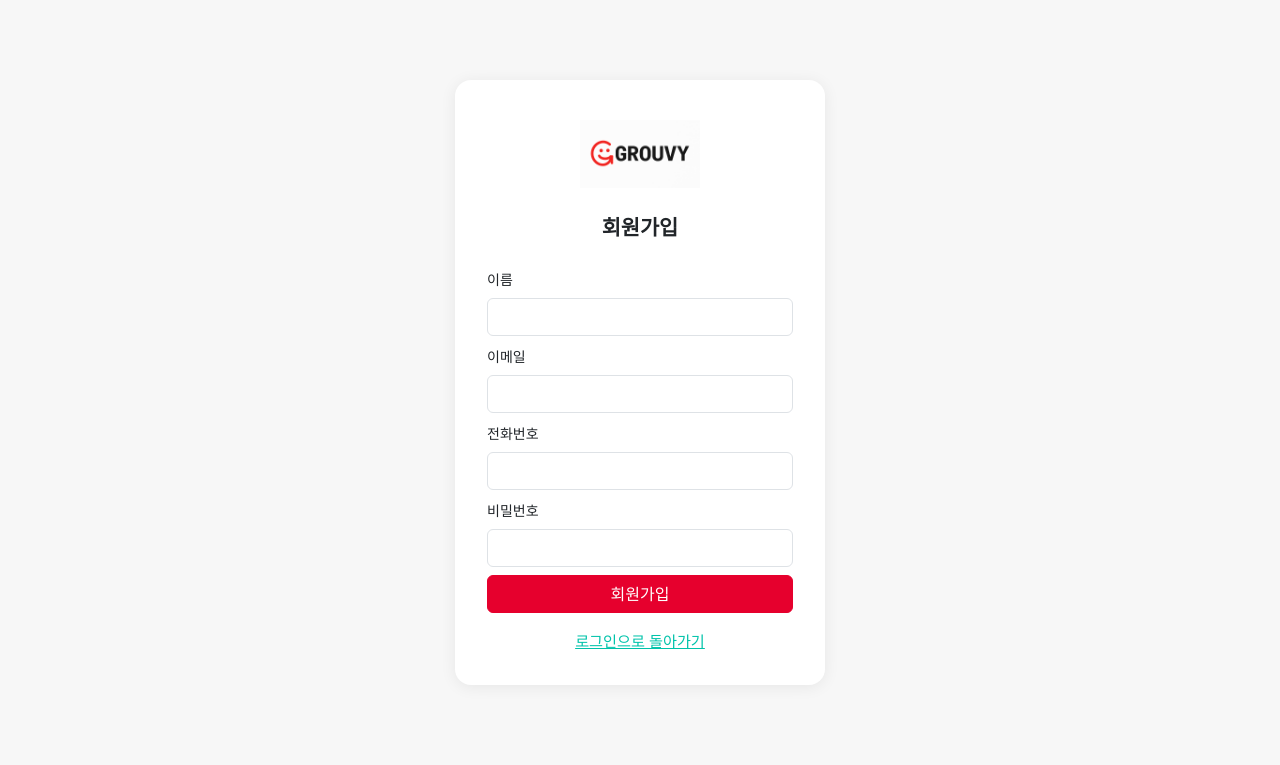
Repository: hyunbin7664/web-java-workspace
Page: groupware/src/main/webapp/sign_up.html
The author's editor kept a copy of each file at every save. The page is drawn from the files as they stood at one save, then again after the next save.
The browser window is 1280 px wide. The pictures show the whole page.

Above is the page before, as saved 2025-07-11 02:05:58.

### groupware/src/main/webapp/sign_up.html
<!DOCTYPE html>
<html lang="ko">
<head>
<meta charset="UTF-8">
<title>GROUVY 회원가입</title>
<meta name="viewport" content="width=device-width, initial-scale=1">
<link
	href="https://cdn.jsdelivr.net/npm/bootstrap@5.3.2/dist/css/bootstrap.min.css"
	rel="stylesheet">
<style>
body {
	background: #f7f7f7;
}

.auth-card {
	width: 100%;
	max-width: 370px;
	border-radius: 16px;
	box-shadow: 0 2px 16px rgba(0, 0, 0, 0.07);
	padding: 2.5rem 2rem 2rem 2rem;
	background: #fff;
	margin: 80px auto;
}

.auth-logo {
	display: block;
	margin: 0 auto 1.5rem auto;
	width: 120px;
}

.auth-title {
	font-size: 1.3rem;
	font-weight: bold;
	text-align: center;
	margin-bottom: 1.5rem;
}

.auth-link {
	color: #00c3aa;
	cursor: pointer;
	text-decoration: underline;
	font-size: 0.95rem;
}

.btn-grouvy {
	background-color: #e6002d; /* 붉은 계열 색상 */
	border-color: #e6002d;
	color: #fff;
	font-weight: 500;
}
</style>
</head>
<body>
	<div class="auth-card">
		<img src="grouvy_logo.jpg" alt="GROUVY 로고" class="auth-logo">
		<div class="auth-title">회원가입</div>
		<form action="login.html" method="get">
			<div class="mb-2">
				<label for="signupName" class="form-label small">이름</label>
				<input type="text" class="form-control" id="signupName" required>
			</div>
			<div class="mb-2">
				<label for="signupEmail" class="form-label small">이메일</label>
				<input type="email" class="form-control" id="signupEmail" required>
			</div>
			<div class="mb-2">
				<label for="signupPhone" class="form-label small">전화번호</label>
				<input type="tel" class="form-control" id="signupPhone" required>
			</div>
			<div class="mb-2">
				<label for="signupPw" class="form-label small">비밀번호</label> <input
					type="password" class="form-control" id="signupPw" required>
			</div>
			<button type="submit" class="btn btn-grouvy w-100 mb-2">회원가입</button>
		</form>
		<div class="text-center mt-2">
			<a href="login.html" class="auth-link">로그인으로 돌아가기</a>
		</div>
	</div>
</body>
</html>

After the next save:
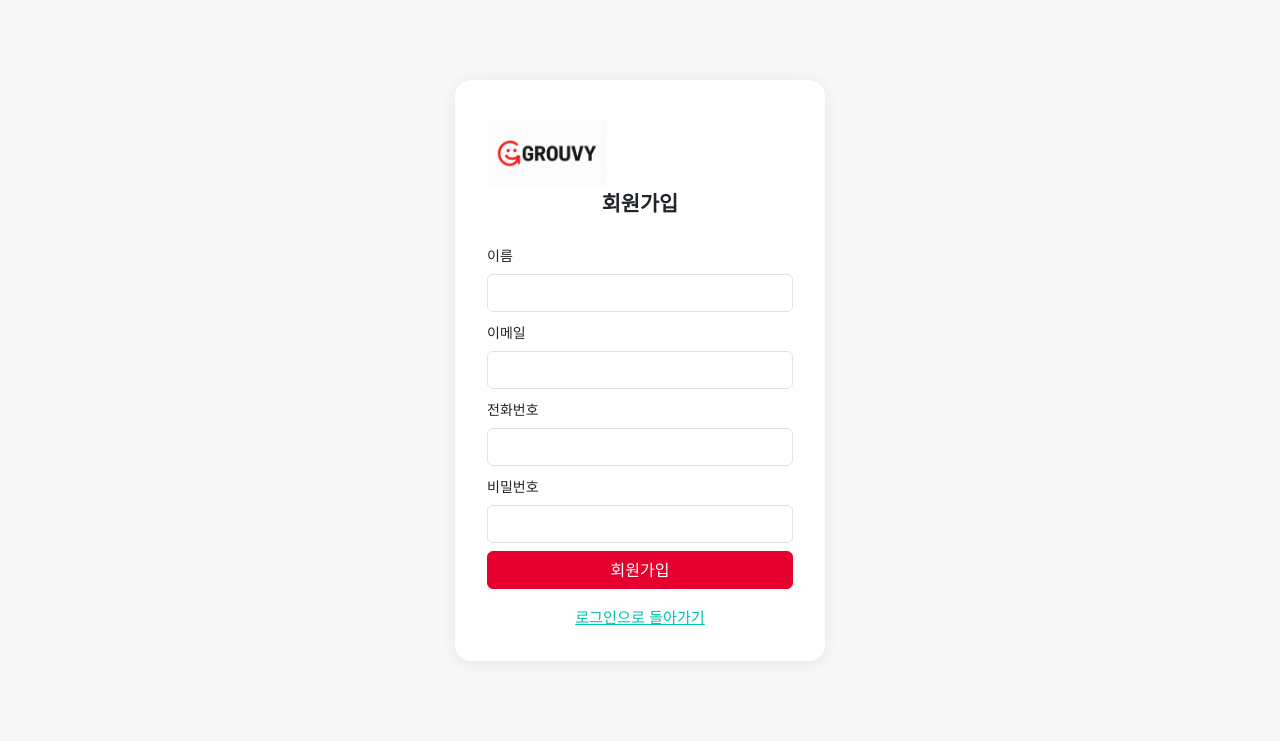
Saved 23 s later.
--- a/groupware/src/main/webapp/sign_up.html
+++ b/groupware/src/main/webapp/sign_up.html
@@ -24,7 +24,6 @@ body {
 
 .auth-logo {
 	display: block;
-	margin: 0 auto 1.5rem auto;
 	width: 120px;
 }
 
